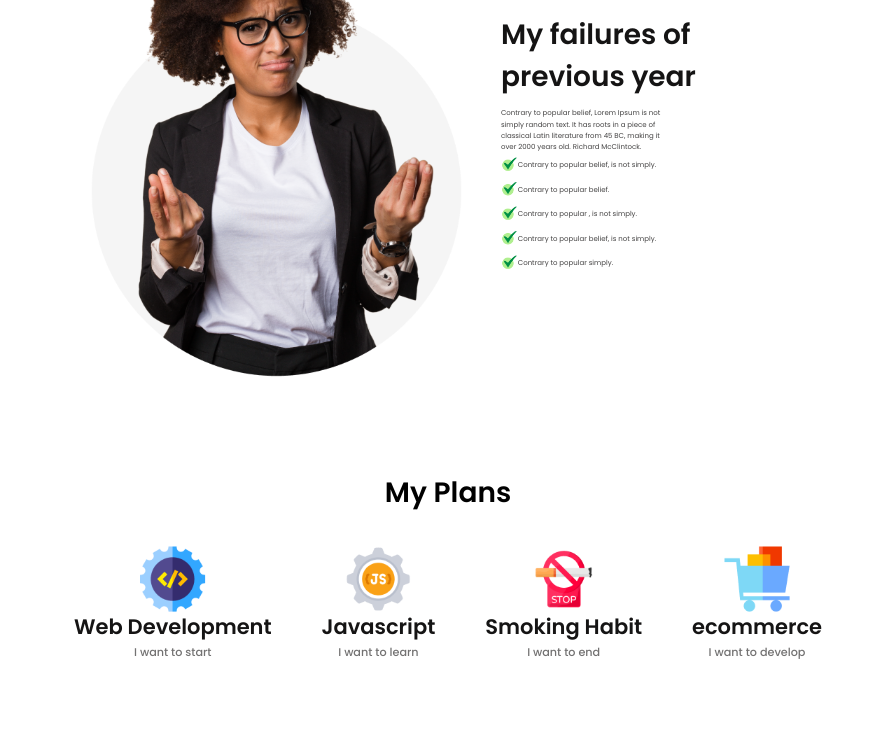
Repository: mdrubel02/new-year-new-mission
Page: index.html
An editor plug-in stored every save of this project. The page is shown before and after the next save, followed by the edit.
The browser window is 1280 px wide. The pictures show the part of the page from y = 1034 to 2954 px (the page is 2106 px tall before and 2954 px after), at 70% of full size.

Above is the page before, as saved 2023-01-06 23:49:48.

### index.html
<!DOCTYPE html>
<html lang="en">

<head>
    <meta charset="UTF-8">
    <meta http-equiv="X-UA-Compatible" content="IE=edge">
    <meta name="viewport" content="width=device-width, initial-scale=1.0">
    <title>new-year-new-mission</title>
    <!-------- css link ---------->
    <link rel="stylesheet" href="/index.css">
</head>

<body>
    <header>
        <!--------- banner section --------->
        <section class="banner_section ">
            <div class="banner">
                <h1>All Thinks Are Possible If You believe</h1>
                <p>There are many variations of passages of Lorem Ipsum available, but the majority have suffered
                    alteration in some form, by injected humour, or randomised words</p>
                <a href="" class="btn btn-primary">Contact Us</a>
            </div>
        </section>
    </header>
    <!------------------ experience section---------------- -->
    <section class="container">
        <div class="experience_section">
            <div class="experience_left">
                <img src="./images/person.png" alt="">
            </div>
            <div class="experience_right">
                <h1>My failures of previous year</h1>
                <p>Contrary to popular belief, Lorem Ipsum is not simply random text. It has roots in a piece of
                    classical Latin literature from 45 BC, making it over 2000 years old. Richard McClintock.</p>
                <ul>
                    <li class="experience-item"><span><img src="/images/check-mark.png" alt=""></span>
                        <p>Contrary to popular belief, is not simply.</p>
                    </li>
                    <li class="experience-item"><span><img src="/images/check-mark.png" alt=""></span>
                        <p>Contrary to popular belief.</p>
                    </li>
                    <li class="experience-item"><span><img src="/images/check-mark.png" alt=""></span>
                        <p>Contrary to popular , is not simply.</p>
                    </li>
                    <li class="experience-item"><span><img src="/images/check-mark.png" alt=""></span>
                        <p>Contrary to popular belief, is not simply.</p>
                    </li>
                    <li class="experience-item"><span><img src="/images/check-mark.png" alt=""></span>
                        <p>Contrary to popular simply.</p>
                    </li>
                </ul>
            </div>
        </div>

    </section>
    <!---------------- my plans section-------------->
    <section class="container">
        <h1 class="title">My Plans</h1>
        <div class="my_plans_section">
            <div class="my_plans_items">
                <img src="/images/icons/web.png" alt="">
                <h2>Web Development</h2>
                <p>I want to start</p>
            </div>
            <div class="my_plans_items">
                <img src="/images/icons/js.png" alt="">
                <h2>Javascript</h2>
                <p>I want to learn</p>
            </div>
            <div class="my_plans_items">
                <img src="/images/icons/smoke.png" alt="">
                <h2>Smoking Habit</h2>
                <p>I want to end</p>
            </div>
            <div class="my_plans_items">
                <img src="/images/icons/ecom.png" alt="">
                <h2>ecommerce</h2>
                <p>I want to develop</p>
            </div>
        </div>

    </section>
</body>

</html>

### index.css
/* =====GOOGLE FONTS====== */
@import url('https://fonts.googleapis.com/css2?family=Poppins:wght@300;400;500;600&display=swap');

/* =====COMMON STYLES====== */
* {
    margin: 0;
    padding: 0;
    border: 0;
    outline: 0;
    list-style: none;
    text-decoration: none;
}

body {
    font-family: 'Poppins', sans-serif;
}

h1,h2,h3,h4,h5,h6 {
    font-weight: 500;
}

.container {
    max-width: 1200px;
    margin: 0 auto;
    margin-top: 10%;
    margin-bottom: 10%;
    padding: 0 30px;
    box-sizing: border-box;
}

a {
    color: #fff;
    transition: all 400ms ease;
}

a:hover {
    color: #fff;
}

.btn {
    text-align: center;
    width: max-content;
    display: inline-block;
    color: #fff;
    padding: 0.75rem 1.2rem;
    border-radius: 0.4rem;
    border: 1px solid #4db5ff;
    transition: all 400ms ease;
}

.btn:hover {
    background: #fff;
    color: #4db5ff;
    border: 1px solid #4db5ff;
}

.btn-primary {
    background: #4db5ff;
    color: #fff;
}

/* ========= Banner section ============== */
.banner_section{
    background-image: url(/images/banner/banner1.png);
    background-repeat: no-repeat;
    background-size: cover;
    background-position: center center;
    height: 100vh;
    width: 100%;
    position: relative;
    z-index: 1;
    display: flex;
    flex-direction: column;
    justify-content: center;
    align-items: flex-end;
    text-align: center;
}
.banner{
    width: 35%;
   margin-top: -0%;
   position: absolute;
   right: 15%;
   display: flex;
   flex-direction: column;
   justify-content: end;
   align-items: flex-end;
}
.banner h1{
    font-size: 45px;
    color: #151414;
    text-align: end;
}
.banner p{
    color: #444343;
    font-size: 12px;
    text-align: end;
    padding-top: 5px;
    padding-bottom: 10px;
}


/* =========== experience section ================== */
.experience_section{
    display: flex;
    justify-content: space-evenly;
    align-items: center;
}
.experience_right{
    width: 40%;
    margin-top: 5%;
}
.experience_right h1{
    font-weight: 700;
    font-size: 40px;
    padding-bottom: 10px;
    color: #151414;
}
.experience_right p{
    width: 50%;
    font-size: 10px;
    color: #444343;
    padding-top: 5px;
    padding-bottom: 5px;
}
.experience-item{
    display: flex;
    padding-bottom: 4px;
}
.experience-item span img{
    height: 24px;
    width: 24px;
}
/* ================= my plans section================ */
.title{
    text-align: center;
    font-size: 40px;
    font-weight: 700;
    margin-bottom: 3rem;
}
.my_plans_section{
    display: flex;
    justify-content: space-around;
    align-items: center;
}
.my_plans_items{
    display: flex;
    flex-direction: column;
    justify-content: center;
    align-items: center;
}
.my_plans_items h2{
    font-size: 30px;
    font-weight: 700;
    color: #151414;
}
.my_plans_items p{
    font-weight: 500;
    font-size: 16px;
    color: #737272;
}
/* ============= activity section========= */
.activity_section{
    background-image: url(/images/watch.png);
    background-repeat: no-repeat;
    background-size: cover;
    background-position: center center;
    height: 100vh;
    width: 100%;
    position: relative;
    z-index: 1;
    display: flex;
    flex-direction: column;
    justify-content: center;
    align-items: flex-end;
    text-align: center;
}

After the next save:
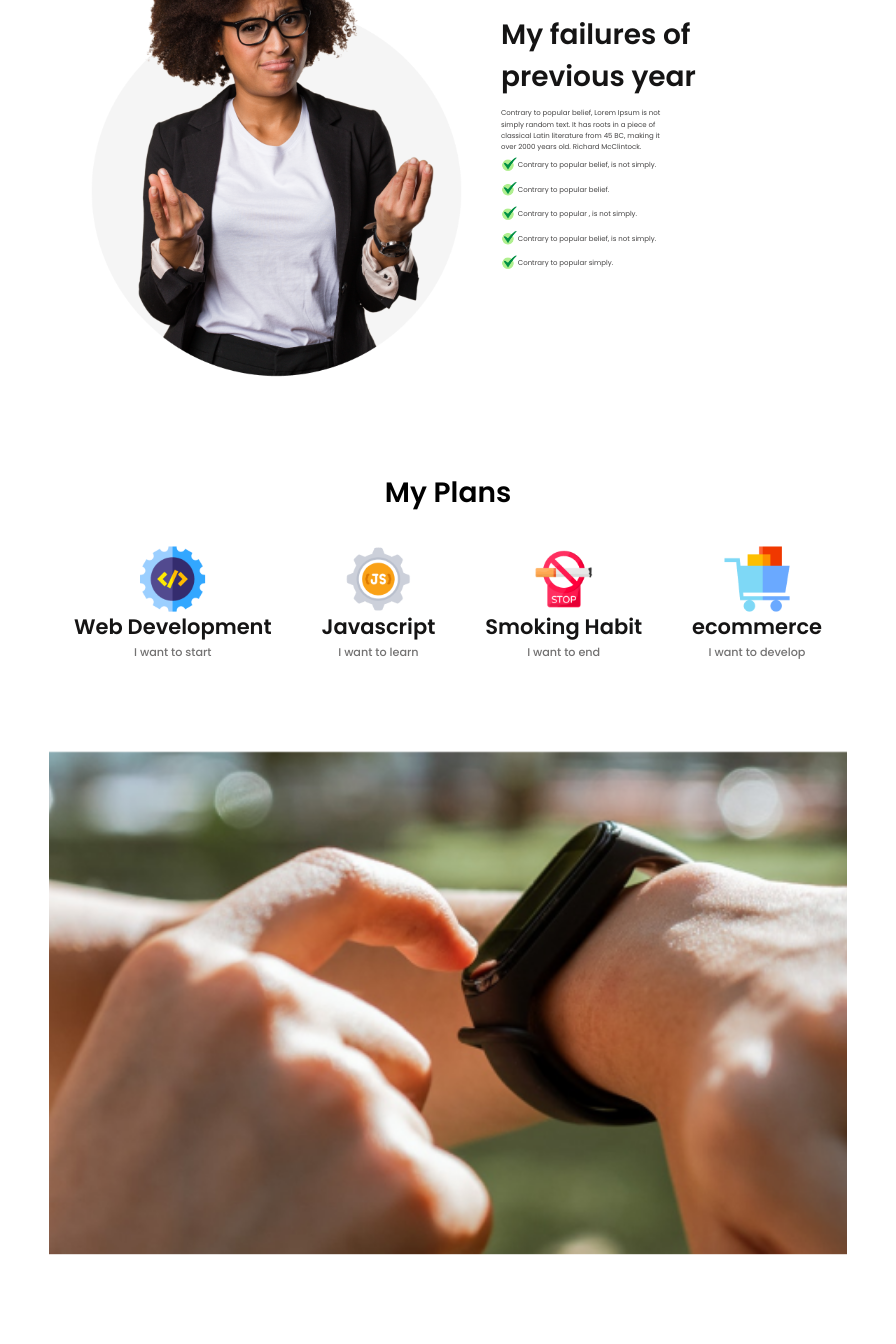
Saved 2 s later.
--- a/index.html
+++ b/index.html
@@ -80,6 +80,12 @@
         </div>
 
     </section>
+    <!------------- activity section --------------->
+    <section class="container">
+        <div class="activity_section">
+
+        </div>
+    </section>
 </body>
 
 </html>
